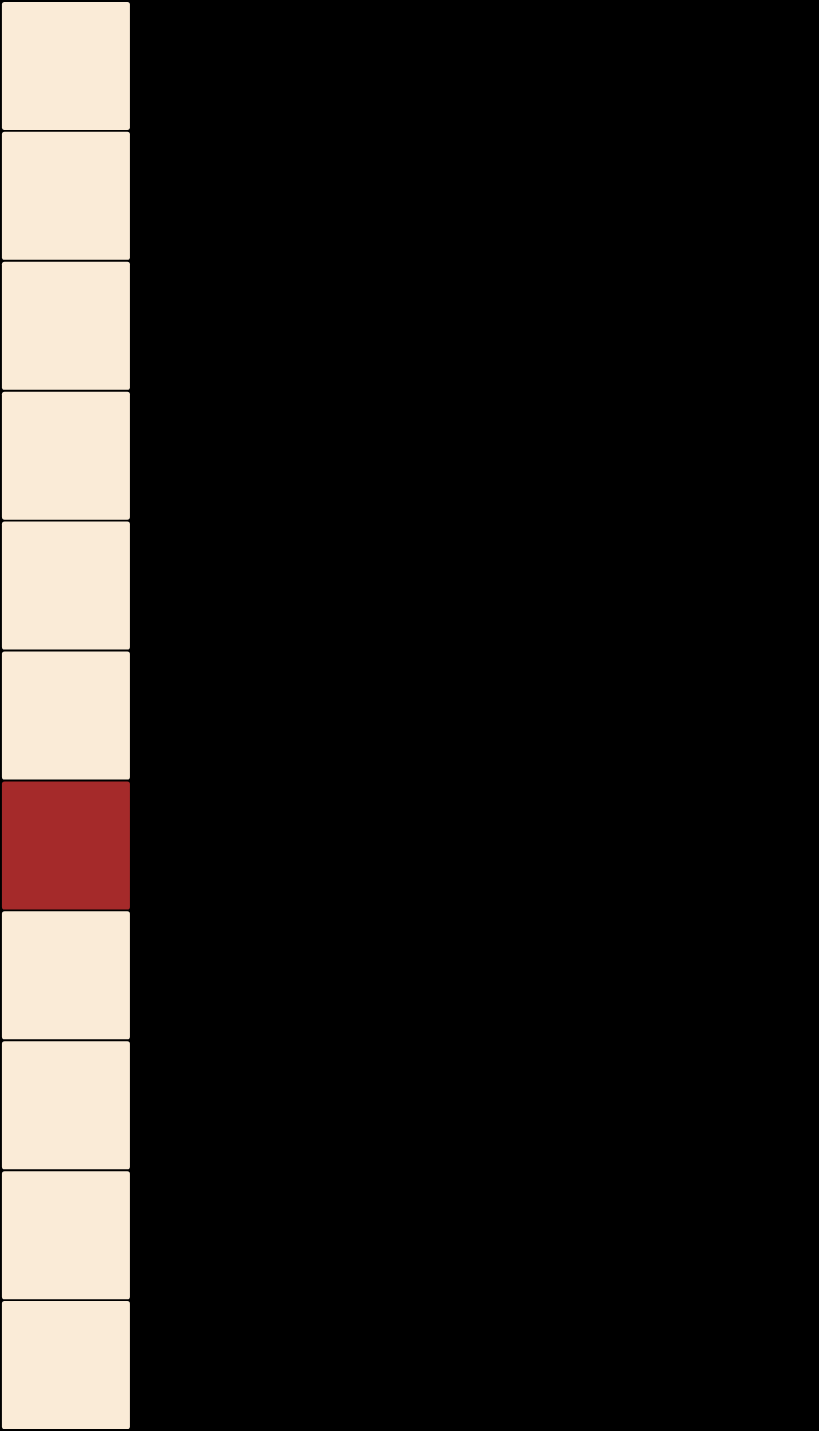
Repository: sephinejo/frontend-browser-101
Page: browser/window-coordinates.html
The author's editor kept a copy of each file at every save. The page is drawn from the files as they stood at one save, then again after the next save.
The browser window is 1280 px wide. The pictures show the whole page, at 64% of full size.

Above is the page before, as saved 2023-05-10 14:58:19.

### browser/window-coordinates.html
<!DOCTYPE html>
<html lang="en">
  <head>
    <meta charset="UTF-8" />
    <meta http-equiv="X-UA-Compatible" content="IE=edge" />
    <meta name="viewport" content="width=device-width, initial-scale=1.0" />
    <title>Coordinates</title>
    <style>
      body {
        margin: 0;
        background-color: black;
      }
      .box {
        width: 200px;
        height: 200px;
        margin: 3px;
        border-radius: 4px;
        background-color: antiquewhite;
      }
      .special {
        background-color: brown;
      }
    </style>
  </head>
  <body>
    <div class="box"></div>
    <div class="box"></div>
    <div class="box"></div>
    <div class="box"></div>
    <div class="box"></div>
    <div class="box"></div>
    <div class="box special"></div>
    <div class="box"></div>
    <div class="box"></div>
    <div class="box"></div>
    <div class="box"></div>
    <script>
      function findXY() {
        const special = document.querySelector('.special');
        window.addEventListener('click', () => {
          const rect = special.getBoundingClientRect();
          console.log(`client: ${rect.x}, ${rect.y}`);
          console.log(`page: ${rect.right}, ${rect.bottom}`);
        });
      }
      findXY();
    </script>
  </body>
</html>

After the next save:
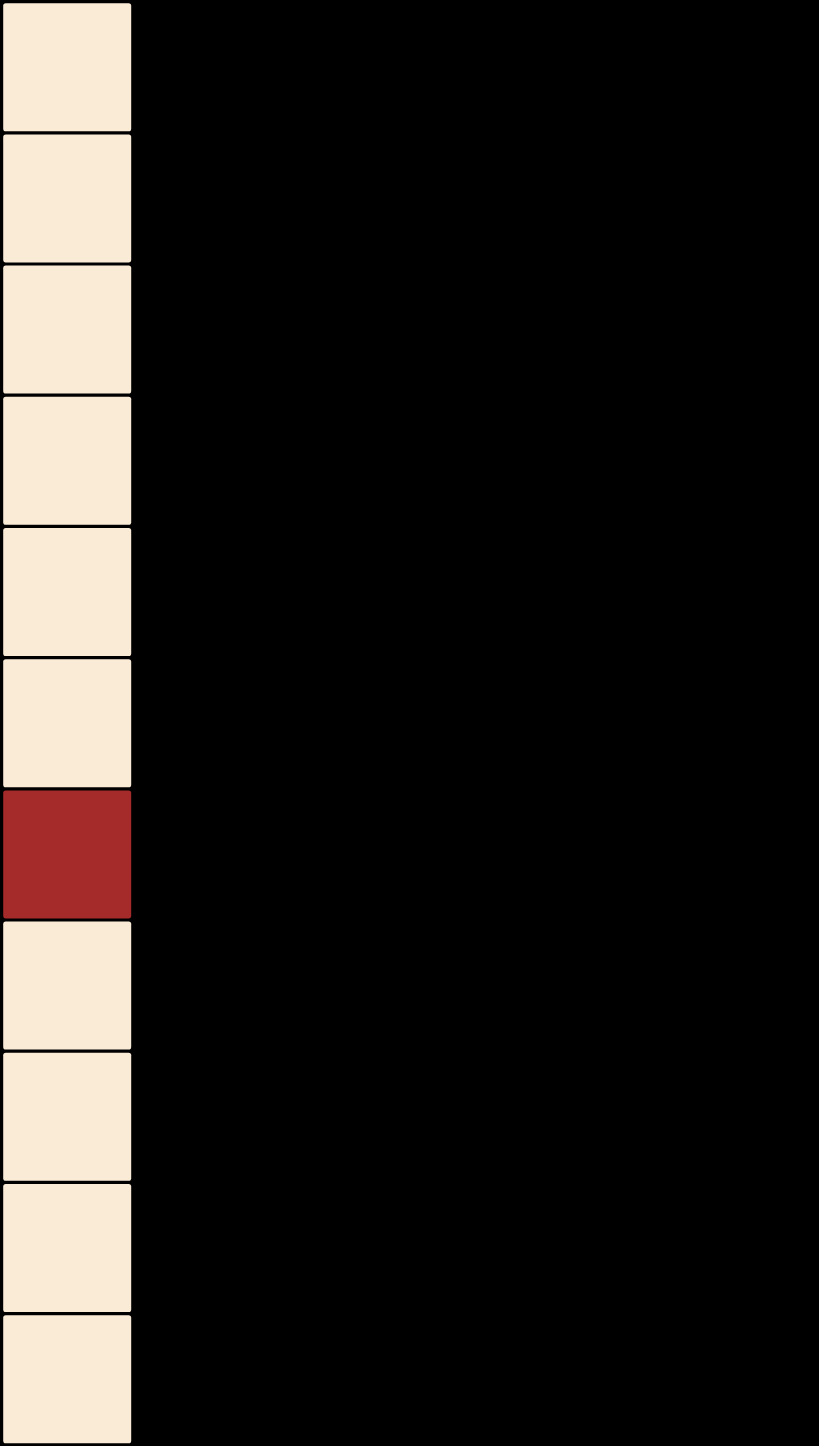
Saved 9 s later.
--- a/browser/window-coordinates.html
+++ b/browser/window-coordinates.html
@@ -13,7 +13,7 @@
       .box {
         width: 200px;
         height: 200px;
-        margin: 3px;
+        margin: 5px;
         border-radius: 4px;
         background-color: antiquewhite;
       }
